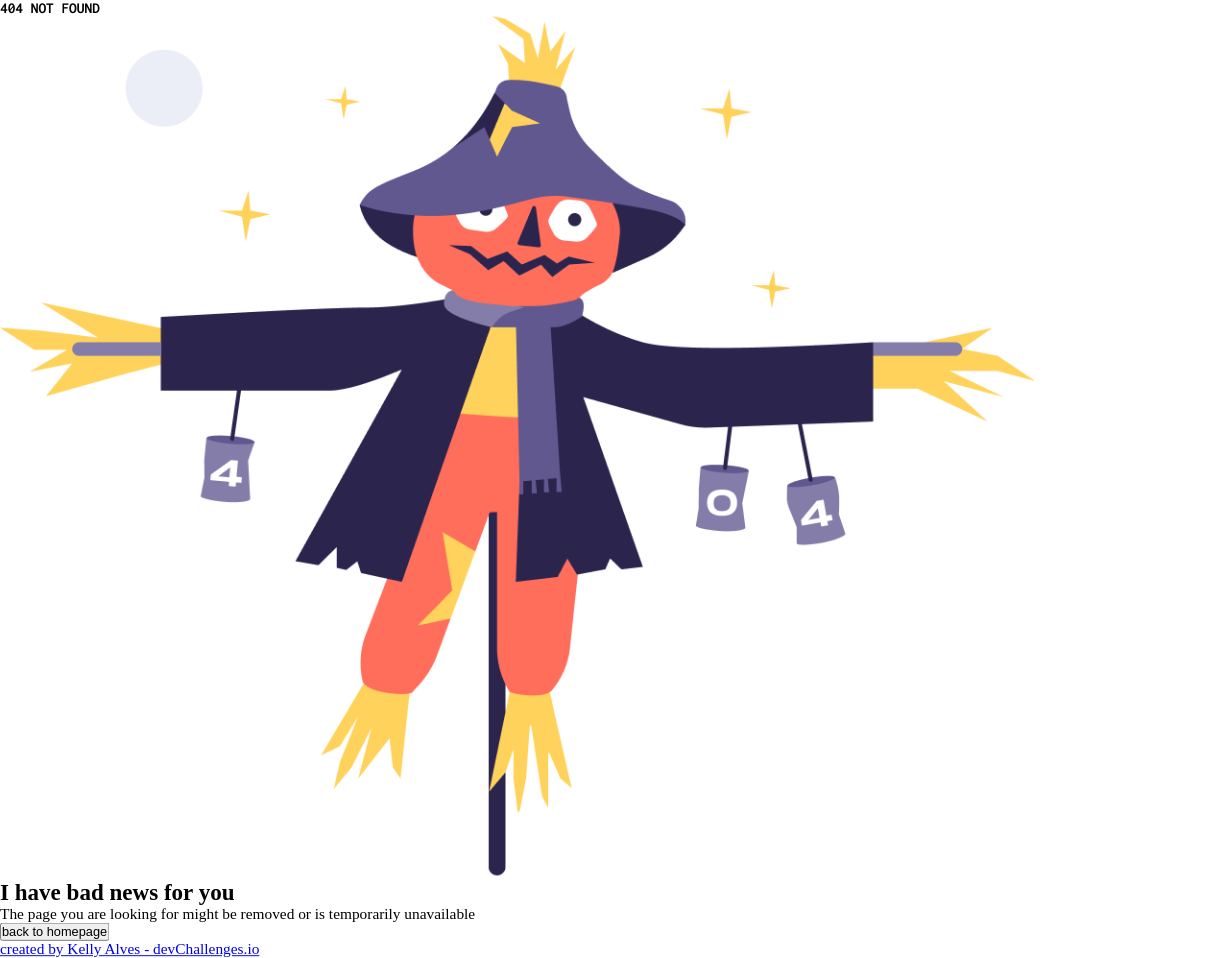
Repository: kellyalves87/404_not_found
Page: index.html
These files come from the project's save history. The page is drawn as it stood at one moment and after the next save; the edit follows.
The browser window is 1280 px wide. The pictures show the whole page, at 96% of full size.

Above is the page before, as saved 2021-05-16 16:09:20.

### index.html
<!DOCTYPE html>
<html lang="en">

<head>
  <meta charset="utf-8" />
  <meta name="viewport" content="width=device-width, initial-scale=1,
  maximum-scale=5" />
  <link rel="icon" href="./assets/devchallenges.png" />
  <link rel="shortcut icon" type="image/x-icon" href="https://devchallenges.io/" />
  <link rel="preconnect" href="https://fonts.gstatic.com">
<link href="https://fonts.googleapis.com/css2?family=Inconsolata:wght@700&family=Montserrat:wght@500&family=Space+Mono:ital,wght@0,400;1,700&display=swap" rel="stylesheet">
  <link rel="stylesheet" href="./style/index.css">
  <link rel="stylesheet" href="./style/reset.css">
  <title>Devchallenges</title>
</head>

<header class="header">
  <h1>404 not found</h1>
</header>

<body>
  <section class="content">
    <img src="./assets/Scarecrow.png" alt="straw man">
    <h1>I have bad news for you</h1>
    <p>The page you are looking for might be removed or is temporarily unavailable</p>
  </section>
  <div class="button">
    <button type="button">back to homepage</button>
  </div>
    <footer class="footer">
      <a href="https://github.com/kellyalves87">created by Kelly Alves - <a href="https://devchallenges.io/">devChallenges.io</a>
    </footer>
</body>

</html>

### style/index.css
/* Mobile first */
@media only screen and (max-width: 414px) {
  body {
    display: flex;
    flex-direction: column;
  }

  .header h1 {
    font-family: inconsolata, sans-serif;
    font-size: 1rem;
    text-transform: uppercase;
  }

  .content img {
    padding-top: 10px;
    display: flex;
    margin: auto;
    width: 200px;
  }

  .header,
  .content,
  .button,
  .footer {
    margin: 1rem;
  }

  .content h1,
  p,
  button {
    font-family: Space Mono, sans-serif;
  }

  .content h1,
  button {
    font-weight: 700;
  }

  .content h1 {
    font-size: 2.75rem;
    padding-top: 10px;
    padding-bottom: 10px;
  }

  .content p {
    font-size: 1.1rem;
    font-weight: 400;
    padding-top: 10px;
  }

  button {
    color: #ffffff;
    cursor: pointer;
    background-color: #333333;
    font-size: 14px;
    position: fixed;
    padding: 10px 20px;
    text-transform: uppercase;
  }

  .footer {
    font-size: 0.85rem;
    padding-top: 40px;
  }
  .footer a {
    color: #bdbdbd;
    font-family: Montserrat, sans-serif;
    text-decoration: none;
  }
}

/*Desktop*/

.header h1 {
    font-family: Inconsolata, sans-serif;
    font-size: 1rem;
    text-transform: uppercase;
  }

Loaded but not shown: style/reset.css (common file)

After the next save:
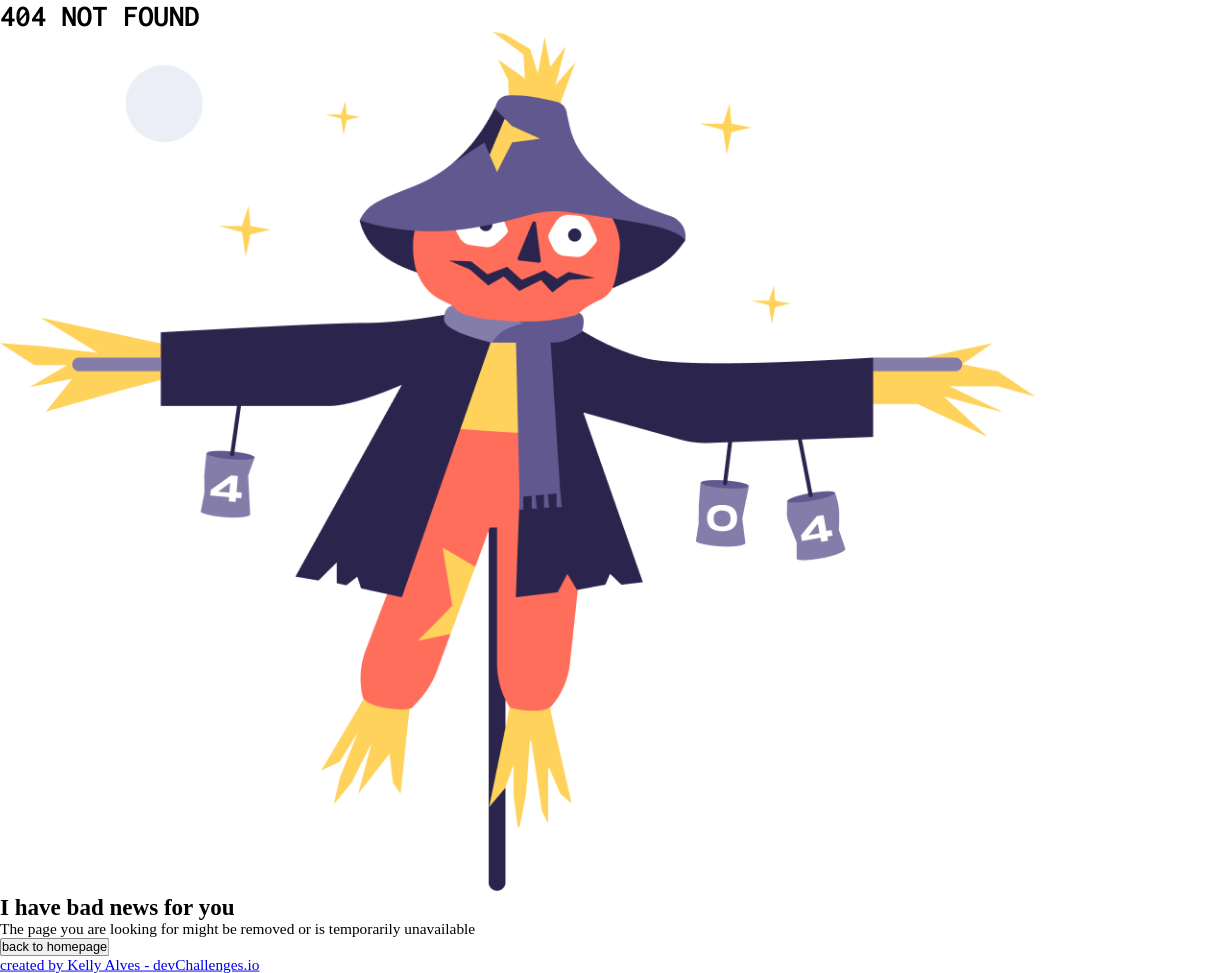
Saved 30 s later.
--- a/style/index.css
+++ b/style/index.css
@@ -73,6 +73,7 @@
 
 .header h1 {
     font-family: Inconsolata, sans-serif;
-    font-size: 1rem;
+    font-style: normal;
+    font-weight: bold;
     text-transform: uppercase;
   }
